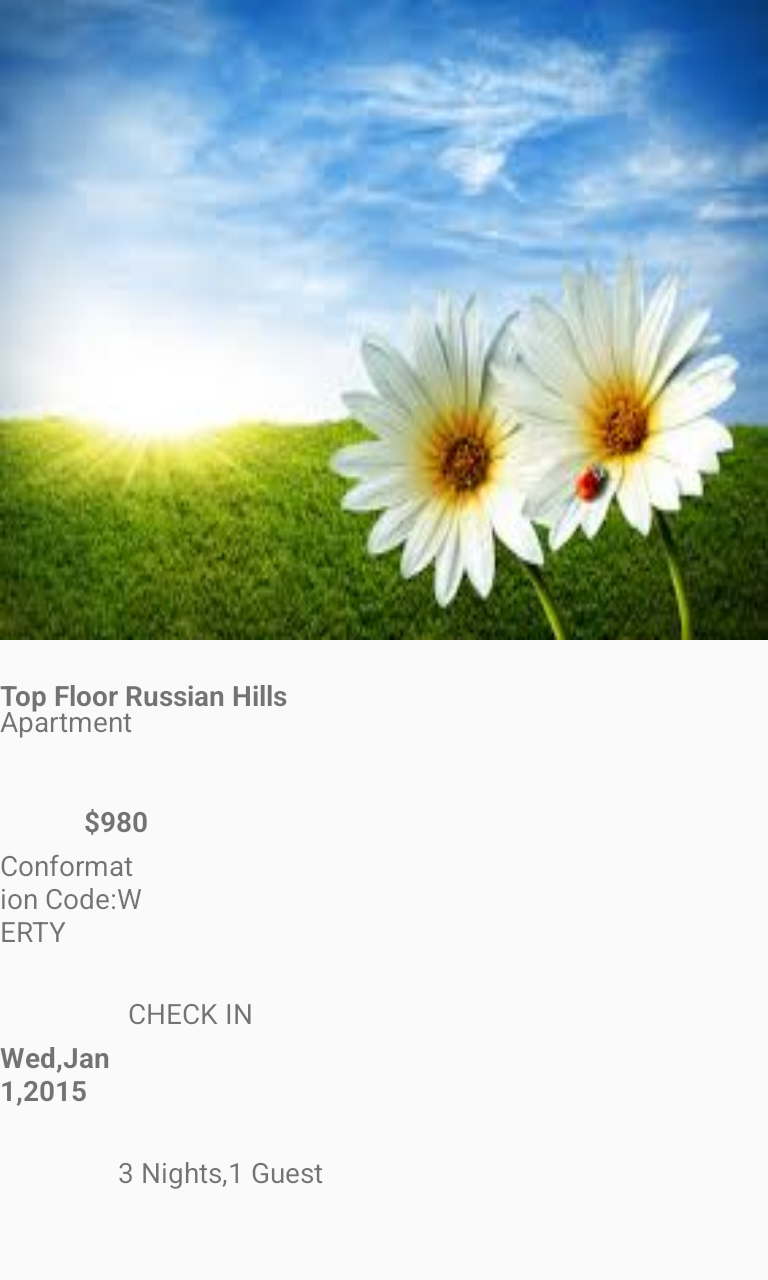
Repository: adarshnair13/my-project
Layout: example8/res/layout/activity_main.xml
An editor plug-in stored every save of this project. The layout is shown before and after a run of saves, followed by the edit.
It is drawn on a 768 x 1280 px phone screen (xhdpi) without system bars, with theme AppTheme; the app's code is not run.

Above is the layout before, as saved 2015-02-05 09:33:25.

After the next 3 saves:
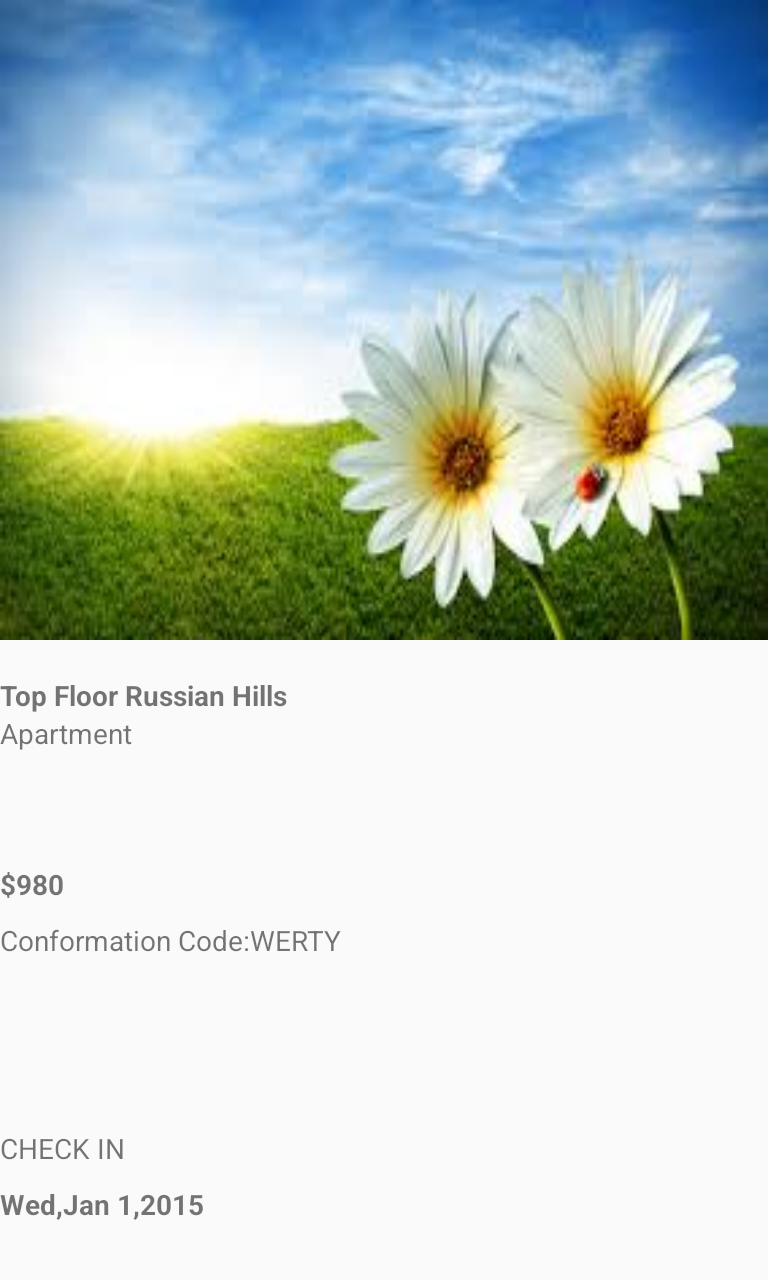
The 3 saves are shown as one change because 2 did not build or start.
The last was saved 5 min 23 s later.
--- a/example8/res/layout/activity_main.xml
+++ b/example8/res/layout/activity_main.xml
@@ -41,8 +41,9 @@
                 android:layout_width="wrap_content"
                 android:layout_height="wrap_content"
                 android:layout_alignParentLeft="true"
-                android:layout_centerVertical="true"
+                android:layout_below="@+id/textView1"
                 android:text="Apartment" />
+
         </RelativeLayout>
 
         <RelativeLayout
@@ -51,23 +52,30 @@
             android:layout_weight="1.0" >
 
             <TextView
+                android:id="@+id/textView4"
+                android:layout_width="match_parent"
+                android:layout_height="wrap_content"
+                android:layout_centerVertical="true"
+                android:text="Conformation Code:WERTY" />
+
+            <TextView
                 android:id="@+id/textView3"
                 android:layout_width="wrap_content"
                 android:layout_height="wrap_content"
                 android:layout_alignParentLeft="true"
                 android:layout_alignParentTop="true"
-                android:layout_marginLeft="42dp"
                 android:text="$980"
                 android:textStyle="bold" />
 
-            <TextView
-                android:id="@+id/textView4"
-                android:layout_width="wrap_content"
-                android:layout_height="wrap_content"
-                android:layout_alignRight="@+id/textView3"
-                android:layout_centerVertical="true"
-                android:text="Conformation Code:WERTY" />
         </RelativeLayout>
+
+        <LinearLayout
+            android:orientation="horizontal"
+            android:id="@+id/LinearLayout2"
+            android:layout_width="match_parent"
+            android:layout_height="wrap_content"
+            android:layout_weight="1.0" >
+        </LinearLayout>
 
         <RelativeLayout
             android:layout_width="match_parent"
@@ -75,39 +83,22 @@
             android:layout_weight="1.0" >
 
             <TextView
+                android:id="@+id/textView6"
+                android:layout_width="match_parent"
+                android:layout_height="wrap_content"
+                android:layout_centerVertical="true"
+                android:text="Wed,Jan 1,2015"
+                android:textStyle="bold" />
+
+            <TextView
                 android:id="@+id/textView5"
                 android:layout_width="wrap_content"
                 android:layout_height="wrap_content"
                 android:layout_alignParentLeft="true"
                 android:layout_alignParentTop="true"
-                android:layout_marginLeft="64dp"
                 android:text="CHECK IN" />
-
-            <TextView
-                android:id="@+id/textView6"
-                android:layout_width="wrap_content"
-                android:layout_height="wrap_content"
-                android:layout_alignRight="@+id/textView5"
-                android:layout_centerVertical="true"
-                android:layout_marginRight="30dp"
-                android:text="Wed,Jan 1,2015"
-                android:textStyle="bold" />
         </RelativeLayout>
 
-        <LinearLayout
-            android:id="@+id/LinearLayout2"
-            android:layout_width="match_parent"
-            android:layout_height="wrap_content"
-            android:orientation="horizontal"
-            android:layout_weight="1.0" >
-
-            <TextView
-                android:id="@+id/textView7"
-                android:layout_width="wrap_content"
-                android:layout_height="wrap_content"
-                android:layout_marginLeft="59dp"
-                android:text="3 Nights,1 Guest" />
-        </LinearLayout>
     </LinearLayout>
 
 </LinearLayout>
